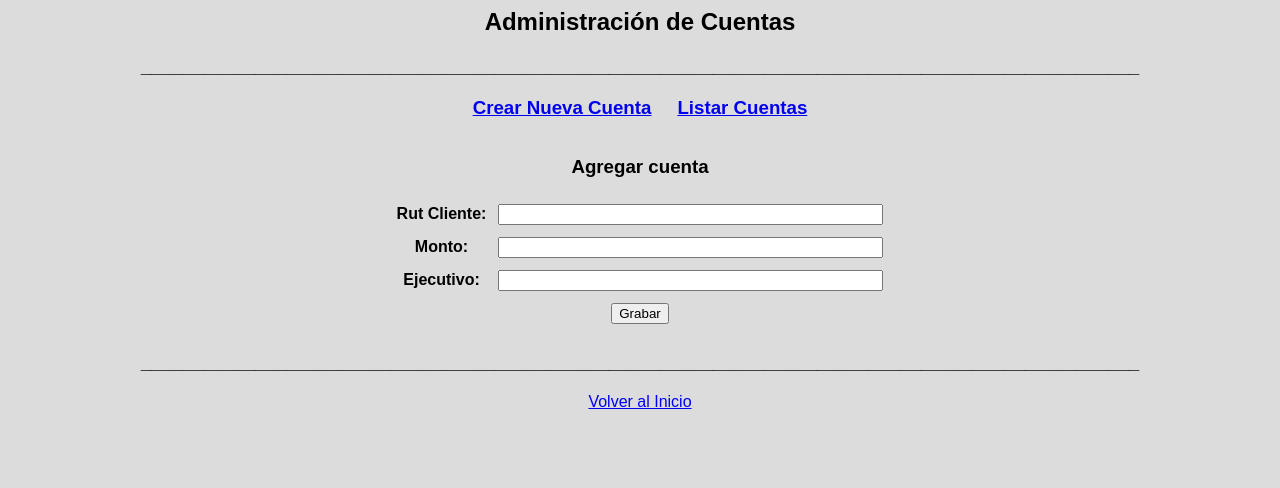
Repository: miguelalvarezcl/examen
Page: http://localhost/CtaCorriente/newcuenta
An editor plug-in stored every save of this project. The page is shown before and after the next save, followed by the edit.
The browser window is 1280 px wide. The pictures show the whole page.
The page is served by Tomcat 9.

Above is the page before, as saved 2021-11-13 22:15:44.

After the next save:
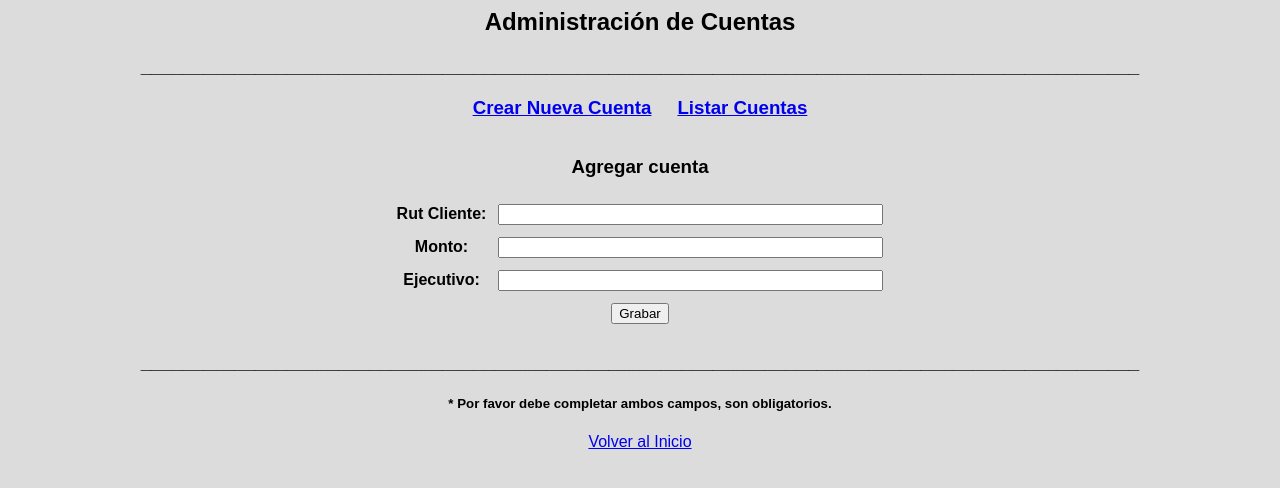
Saved 77 s later.
--- a/CtaCorriente/WebContent/FormularioCuenta.jsp
+++ b/CtaCorriente/WebContent/FormularioCuenta.jsp
@@ -75,6 +75,7 @@
             <center>
         <h4>
             <h3>________________________________________________________________________________________________</h3>
+            <h5>* Por favor debe completar ambos campos, son obligatorios.</h5>
             <a href="/CtaCorriente/home.jsp">Volver al Inicio</a>
         </h4>
     </center>
